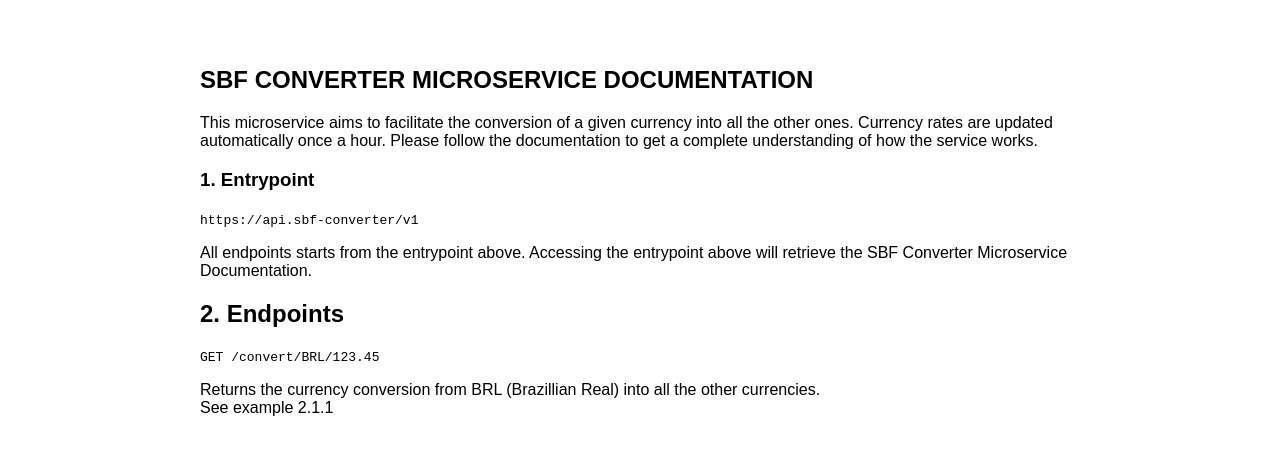
Repository: miguelamello/nestjs-restful-api
Page: documentation.html
These files come from the project's save history. The page is drawn as it stood at one moment and after a run of saves; the edit follows.
The browser window is 1280 px wide. The pictures show the whole page.

Above is the page before, as saved 2023-03-21 22:14:48.

After the next 2 saves:
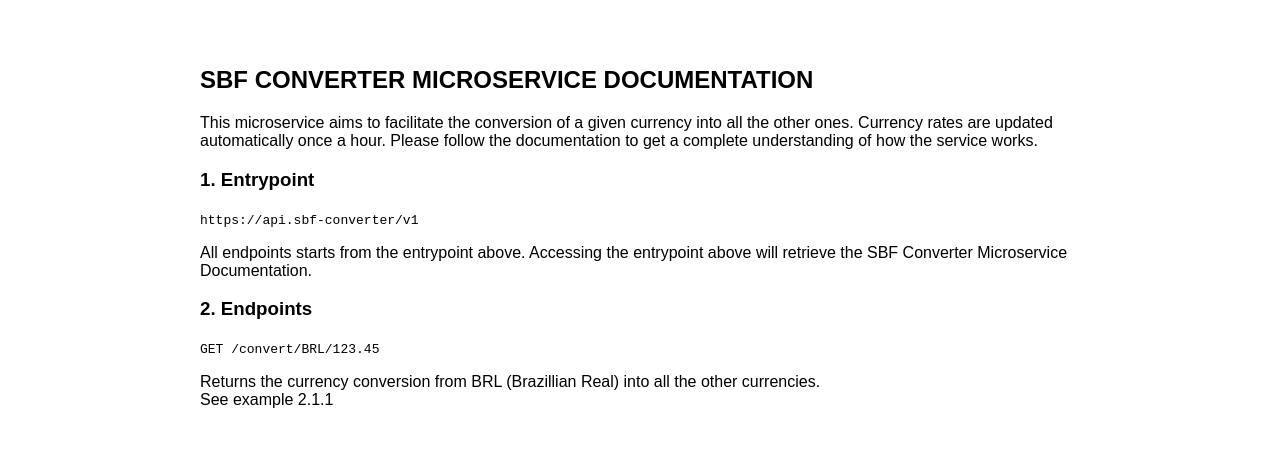
The 2 saves are shown as one change because they came seconds apart.
The last was saved 33 s later.
--- a/documentation.html
+++ b/documentation.html
@@ -27,7 +27,7 @@
     above will retrieve the SBF Converter Microservice Documentation.
   </p>
 
-  <h2>2. Endpoints</h2>
+  <h3>2. Endpoints</h3>
   <p>
     <code>GET /convert/BRL/123.45</code>
     <div>Returns the currency conversion from BRL (Brazillian Real) into all the other currencies.</div>
